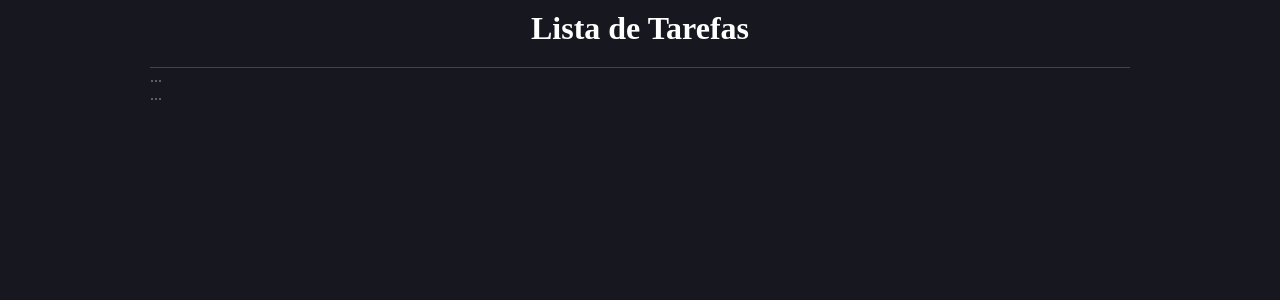
Repository: Wink07/lista-tarefas
Page: /
The author's editor kept a copy of each file at every save. The page is drawn from the files as they stood at one save, then again after the next save.
The browser window is 1280 px wide. The pictures show the whole page.
The project was rebuilt for these pictures with package versions that can differ from the ones it lists, and the page was loaded fresh each time. Also part of the build but not shown: vite.config.ts.

Above is the page before, as saved 2022-05-10 18:17:24.

### src/main.tsx
import React from 'react'
import ReactDOM from 'react-dom/client'
import { App } from './App'


ReactDOM.createRoot(document.getElementById('root')!).render(
  <React.StrictMode>
    <App />
  </React.StrictMode>
)

### src/App.tsx
import * as C from "./App.styles"
import './global.css'
import { useState } from "react"
import { Item } from './types/Item'
import { ListItem } from './components/ListItem';

export const App = () => {
  const [list, setList] = useState<Item[]>( [
    { id: 1, name: 'Comprar um bolo', done: false},
    { id: 2, name: 'Comprar o tenis', done: false},
  ]);


  return (
    <C.Container>
      <C.Area>
        <C.Header>Lista de Tarefas</C.Header>

          {}

          {list.map((item, index) => (
            <div>...</div>
          ))}

      </C.Area>
    </C.Container>
  )
}

### src/App.styles.ts
import styled from 'styled-components';


export const Container = styled.div`
    background-color: #17181F;
    color:#797A81;
    min-height: 100vh;
`;

export const Area = styled.div`
    margin: auto;
    max-width: 980px;
    padding: 10px;
`;

export const Header = styled.h1`
    margin: 0;
    padding: 0;
    color: #FFF;
    text-align: center;
    border-bottom: 1px solid #444;
    padding-bottom: 20px;
`;

### src/components/ListItem/index.tsx
export const ListItem = () => {
    return (
        <h1>Ola</h1>
    )
}

Loaded but not shown: index.html (common file); src/global.css (common file)

After the next save:
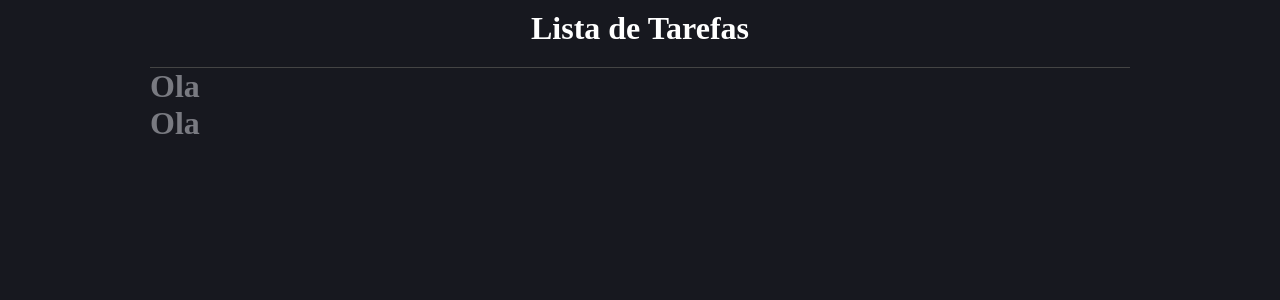
Saved 2 min 29 s later.
--- a/src/App.tsx
+++ b/src/App.tsx
@@ -19,7 +19,7 @@ export const App = () => {
           {}
 
           {list.map((item, index) => (
-            <div>...</div>
+            <ListItem/>
           ))}
 
       </C.Area>
